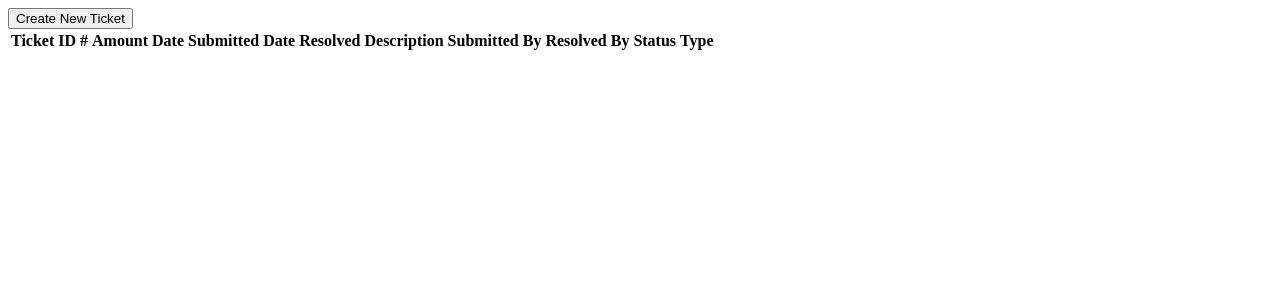
Repository: Sadiki/Expense_Reimbursement_System
Page: Ers_Project/src/main/webapp/partials/user_login.html
An editor plug-in stored every save of this project. The page is shown before and after the next save, followed by the edit.
The browser window is 1280 px wide. The pictures show the whole page.

Above is the page before, as saved 2018-11-06 14:47:03.

After the next save:
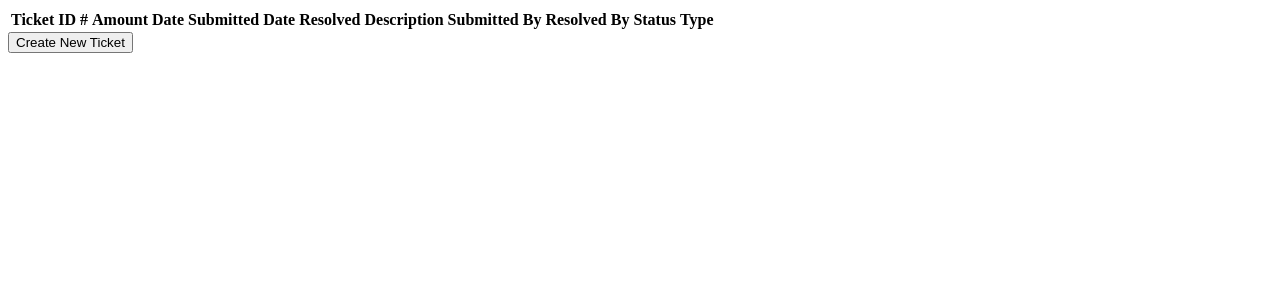
Saved 93 s later.
--- a/Ers_Project/src/main/webapp/partials/user_login.html
+++ b/Ers_Project/src/main/webapp/partials/user_login.html
@@ -1,6 +1,6 @@
 
 <div>
-	<button id='new_ticket'>Create New Ticket</button>
+
 
 	<table id='all_tickets' id="table_id" class="display">
 		<thead>
@@ -19,4 +19,6 @@
 		<tbody id='all_ticketsBody'>
 		</tbody>
 	</table>
+
+		<button id='new_ticket'>Create New Ticket</button>
 </div>
